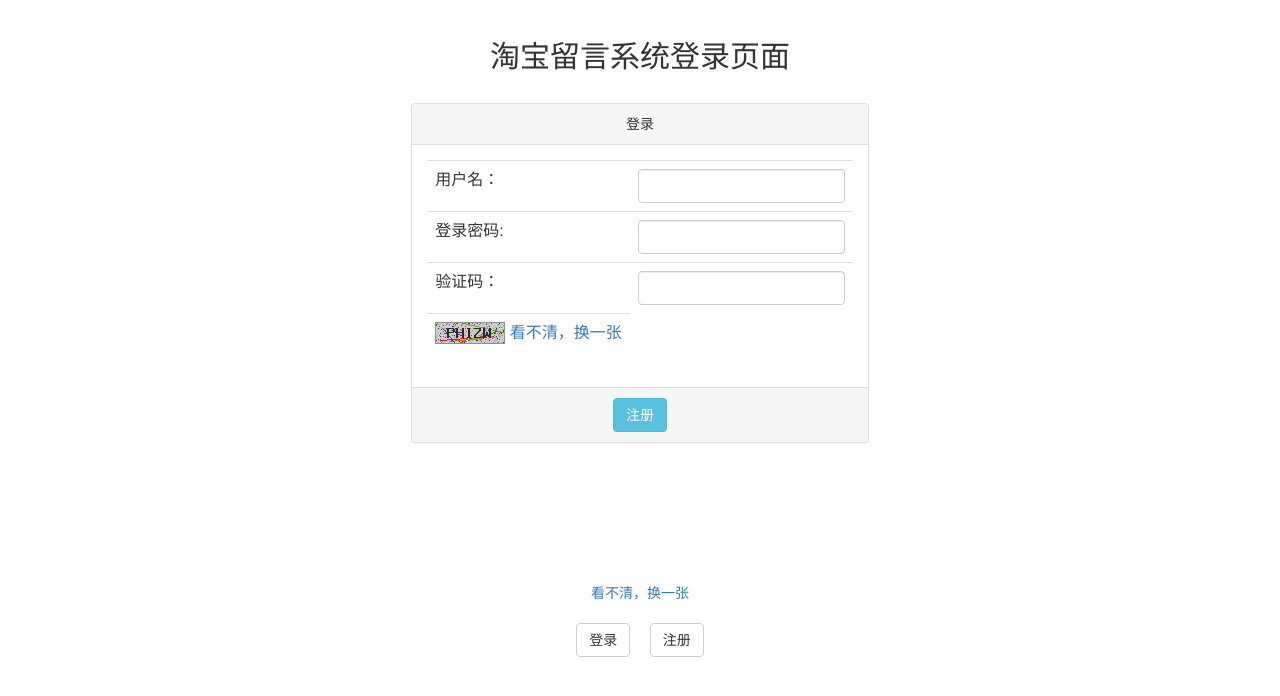
Repository: suxiaohutot/PHP
Page: http://localhost/dengluhtml.php
An editor plug-in stored every save of this project. The page is shown before and after the next save, followed by the edit.
The browser window is 1280 px wide. The pictures show the whole page.
The page is run by PHP 8.4 with error messages shown; the project is at /var/www/html/.

Above is the page before, as saved 2019-11-06 11:17:13.

### test/dengluhtml.php
<html>
<head>
<meta charset="utf-8"/>
<link href="css/bootstrap.min.css" rel="stylesheet" />
	<style type="text/css">
	body{ text-align:center}
	</style>
</head>
<body>
<br>
	<form action="denglu.php" method="post" class="container">
	<div ><h2>淘宝留言系统登录页面</h2></div>
	<br>
		<div class="form-inline">
			<div class="form-group">

			<div class="panel panel-default">
                    	<div class="panel-heading">
                    		登录
                    	</div>
                    	<div class="panel-body">
                    		<table class="table">
                                <tr>
                                	<td>用户名：</td>
                                	<td><input type="text" name="username" class="form-control"></td>
                                </tr>
                                <tr>
                                	<td>登录密码:</td>
                                	<td><input type="password" name="password" size="20" maxlength="15" class="form-control"></td>
                                </tr>

                                <tr>
                                	<td>验证码：</td>
                                	<td><input type="text" name="captcha"  class="form-control"/></td>
                                </tr>

                                <tr>
                                    <td>
                                        <img src="./test4/code.php" alt="" id="code_img" />
                                        <a href="#" id="change">看不清，换一张</a>
                                    </td>

                                </tr>

                            </table>
                		</div>
                		<div class="panel-footer">
                			<div class="center-button">
                				<button  class="btn btn-info">注册</button>
<!--                 				class="btn btn-default" -->
    						</div>
                		</div>
            		</div>


            <br><br>

            <br><br>

			<br><br>

			<a href="#" id="change">看不清，换一张</a>

			<br><br>
            <input type="submit" value="登录" class="btn btn-default">
            &nbsp;&nbsp;&nbsp;
            <a href="zhuce.php">
            	<input type="button" value="注册" class="btn btn-default">
            </a>
			</div>
		</div>
    </form>

<script>         <!--验证验证码的脚本 -->
	var change = document.getElementById("change");
	var img = document.getElementById("code_img");
	change.onclick = function(){
		img.src = "./test4/code.php?t="+Math.random(); //增加一个随机参数，防止图片缓存
		return false; //阻止超链接的跳转动作
	}
</script>
</body>
</html>

### test/test4/code.php
<?php

$img_w=70;		//初始化验证码图片的宽
$img_h=22;		//初始化验证码图片的高
$char_len = 5;	//初始化码值的长度
$font=5;		//初始化验证码字体大小

//生成码值数组,不需要0，避免与字母o冲突
$char = array_merge(range('A','Z'), range('a','z'),range(1, 9));

//随机获取$char_len个码值的键
$rand_keys = array_rand($char, $char_len);

//判断当码值长度为1时，将其放入数组中
if ($char_len == 1) {
	$rand_keys = array($rand_keys);
}

//打乱随机获取的码值键的数组
shuffle($rand_keys);

//根据键获取对应的码值，并拼接成字符串
$code = '';
foreach($rand_keys as $key) {
	$code .= $char[$key];
}

//将获取的码值字符串保存session中
session_start();
$_SESSION['captcha_code'] = $code;

//将码值写入到画布中并展示

//----1 生成画布

$img = imageCreateTrueColor($img_w, $img_h);
//设置背景
$bg_color = imageColorAllocate($img, 0xcc, 0xcc, 0xcc);
imageFill($img, 0, 0, $bg_color);
//干扰像素
for($i=0; $i<=300; ++$i) {
	$color = imageColorAllocate($img, mt_rand(0, 255), mt_rand(0, 255),mt_rand(0, 255));
	imageSetPixel($img, mt_rand(0, $img_w), mt_rand(0, $img_h), $color);
}

for($i=0; $i<=10; ++$i) {
	//设置直线颜色
	$color = imageColorAllocate($img, mt_rand(0, 255), mt_rand(0, 255),mt_rand(0, 255));
	//在$img图像上随机画一条直线
	imageline($img, mt_rand(0, $img_w), mt_rand(0, $img_h), mt_rand(0, $img_w), mt_rand(0, $img_h),$color);
}

//矩形边框
$rect_color = imageColorAllocate($img, 0x90, 0x90, 0x90);//白
imageRectangle($img, 0, 0, $img_w-1, $img_h-1, $rect_color);

//----2 操作画布

//设定字符串颜色
$str_color = imageColorAllocate($img, mt_rand(0, 100), mt_rand(0, 100),mt_rand(0, 100));
//设定字符串位置
$font_w = imageFontWidth($font);  //字体宽
$font_h = imageFontHeight($font); //字体高
$str_w = $font_w * $char_len;     //字符串宽
imageString($img, $font, ($img_w-$str_w)/2, ($img_h-$font_h)/2, $code, $str_color);

//----3 输出图片内容
header('Content-Type: image/png');
imagepng($img);

//----4 销毁画布
imagedestroy($img);

Loaded but not shown: test/css/bootstrap.min.css (library)

After the next save:
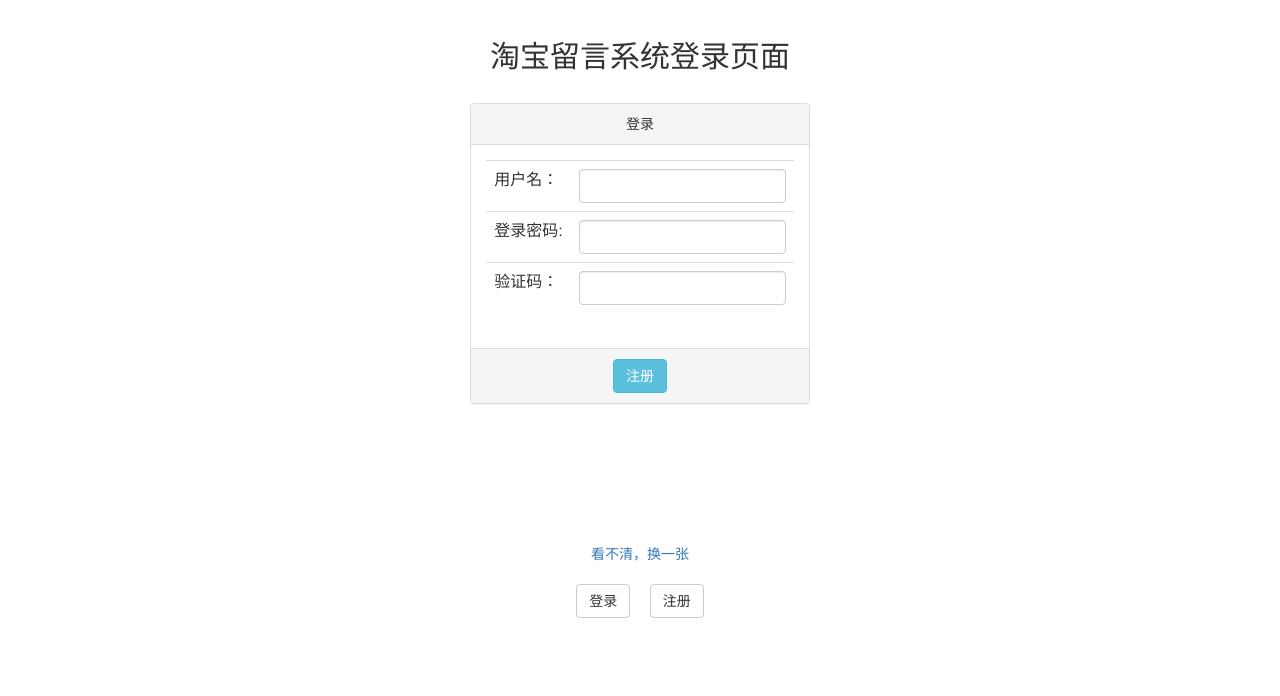
Saved 16 s later.
--- a/test/dengluhtml.php
+++ b/test/dengluhtml.php
@@ -35,10 +35,10 @@
                                 </tr>
 
                                 <tr>
-                                    <td>
-                                        <img src="./test4/code.php" alt="" id="code_img" />
-                                        <a href="#" id="change">看不清，换一张</a>
-                                    </td>
+<!--                                     <td > -->
+<!--                                         <img src="./test4/code.php" alt="" id="code_img" /> -->
+<!--                                         <a href="#" id="change">看不清，换一张</a> -->
+<!--                                     </td> -->
 
                                 </tr>
 

After the save that followed:
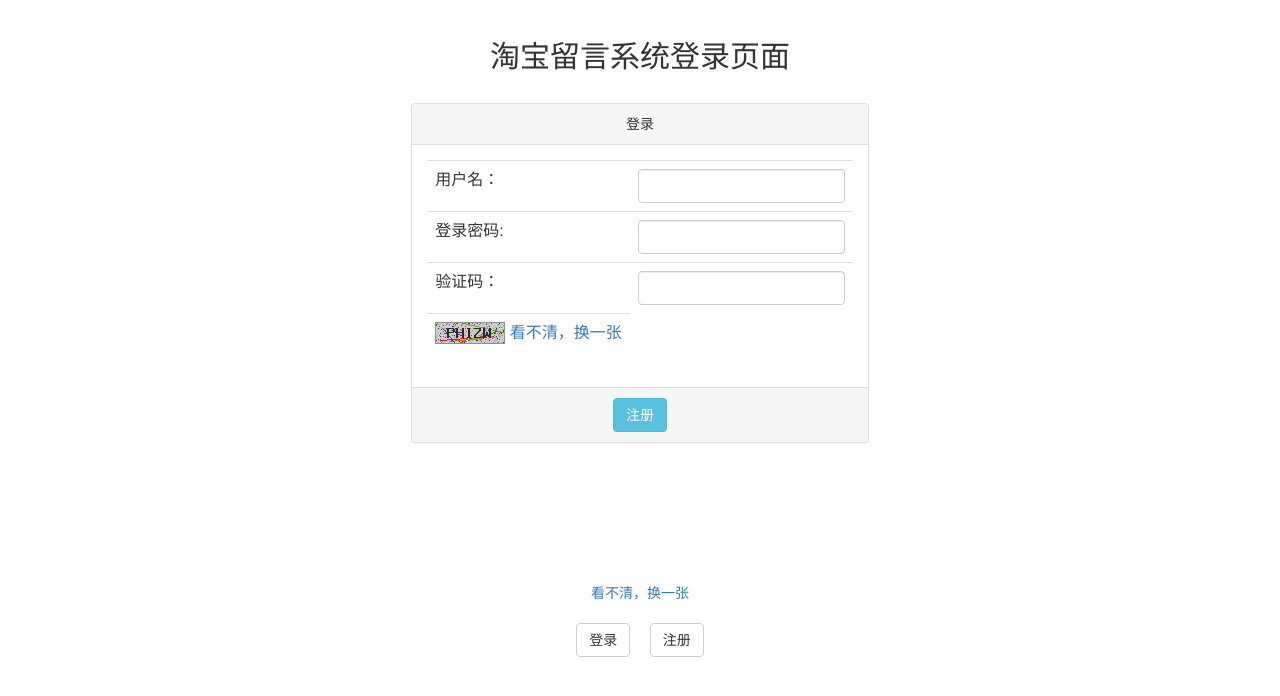
Saved 6 s later.
--- a/test/dengluhtml.php
+++ b/test/dengluhtml.php
@@ -35,10 +35,10 @@
                                 </tr>
 
                                 <tr>
-<!--                                     <td > -->
-<!--                                         <img src="./test4/code.php" alt="" id="code_img" /> -->
-<!--                                         <a href="#" id="change">看不清，换一张</a> -->
-<!--                                     </td> -->
+                                    <td >
+                                        <img src="./test4/code.php" alt="" id="code_img" />
+                                        <a href="#" id="change">看不清，换一张</a>
+                                    </td>
 
                                 </tr>
 
